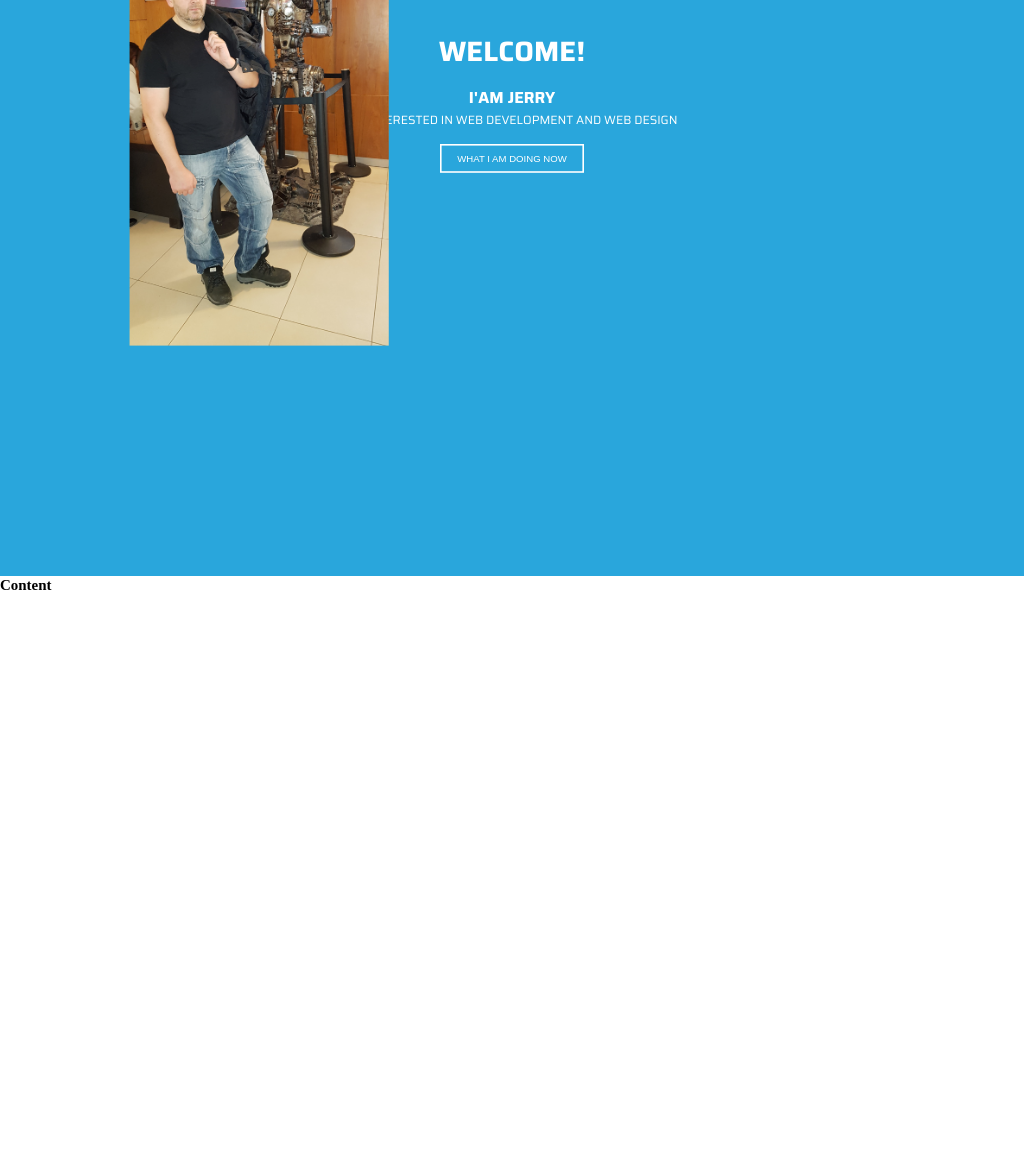
Repository: navanweb/dev
Page: jerry.html
An editor plug-in stored every save of this project. The page is shown before and after the next save, followed by the edit.
The browser window is 1280 px wide. The pictures show the whole page, at 80% of full size.

Above is the page before, as saved 2019-04-06 19:49:41.

After the next save:
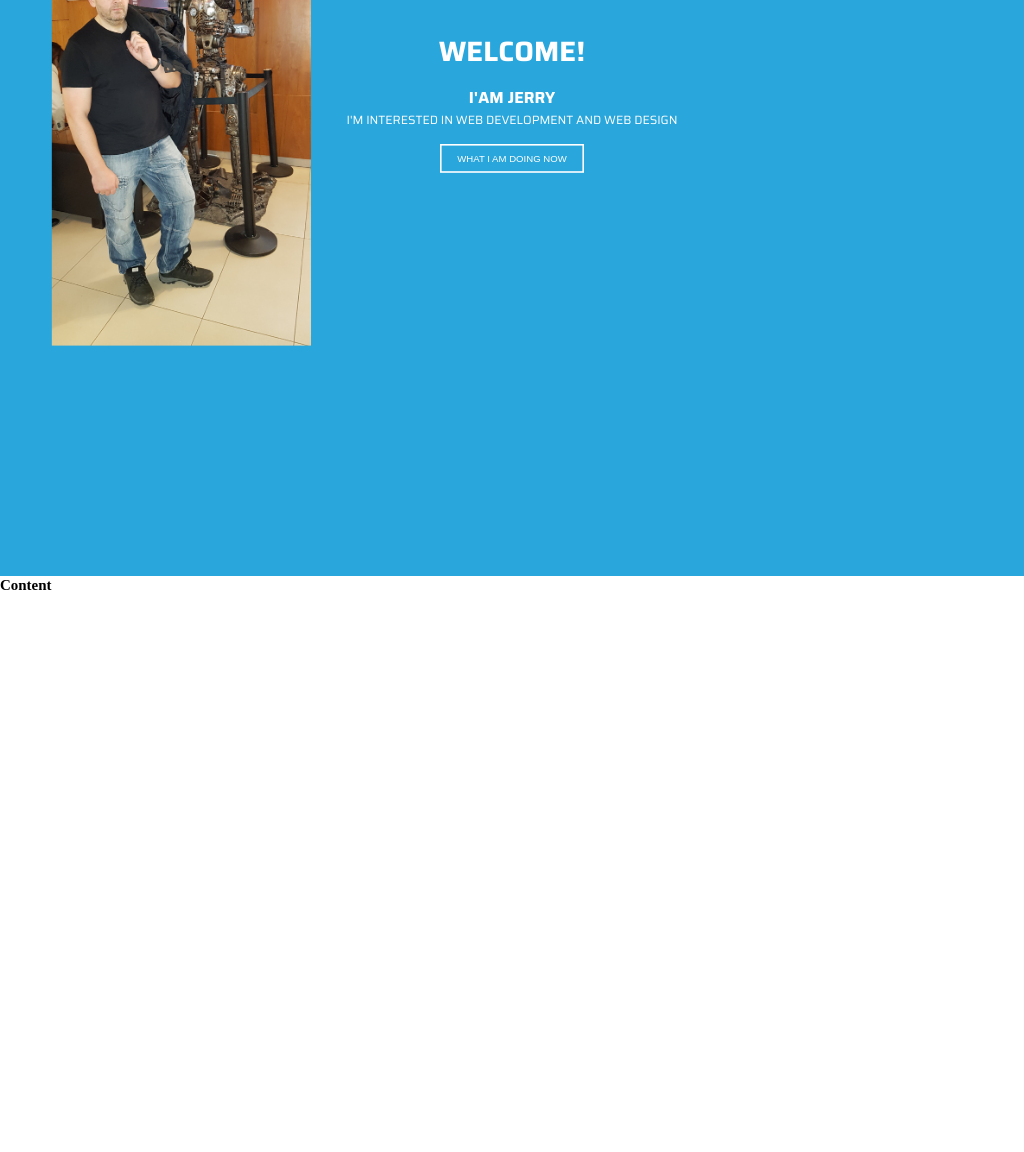
Saved 8 s later.
--- a/css/jerry.css
+++ b/css/jerry.css
@@ -62,7 +62,7 @@ header button {
 @media (orientation:landscape) {
     header img {
         height: 80%;
-        transform: translate(50%, -50%);
+        transform: translate(20%, -50%);
         /* bottom: 0; */
         /* right: 15%; */
     }
